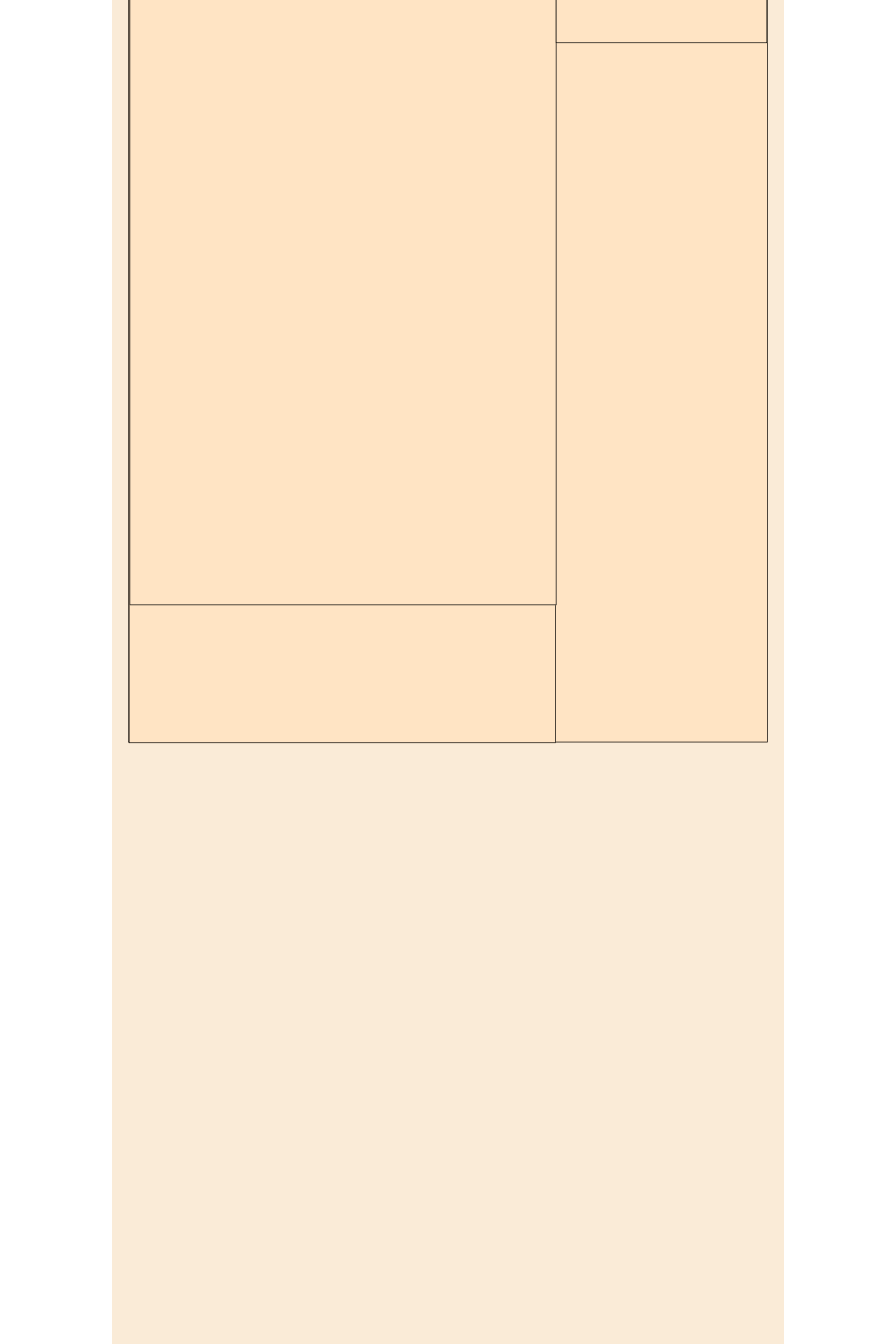
Repository: giovanabirck/cover-magazine-giovanabirck
Page: index.html
An editor plug-in stored every save of this project. The page is shown before and after a run of saves, followed by the edit.
The browser window is 1280 px wide. The pictures show the part of the page from y = 1361 to 3281 px (the page is 5000 px tall), at 70% of full size.

Above is the page before, as saved 2023-01-14 11:20:27.

After the next 2 saves:
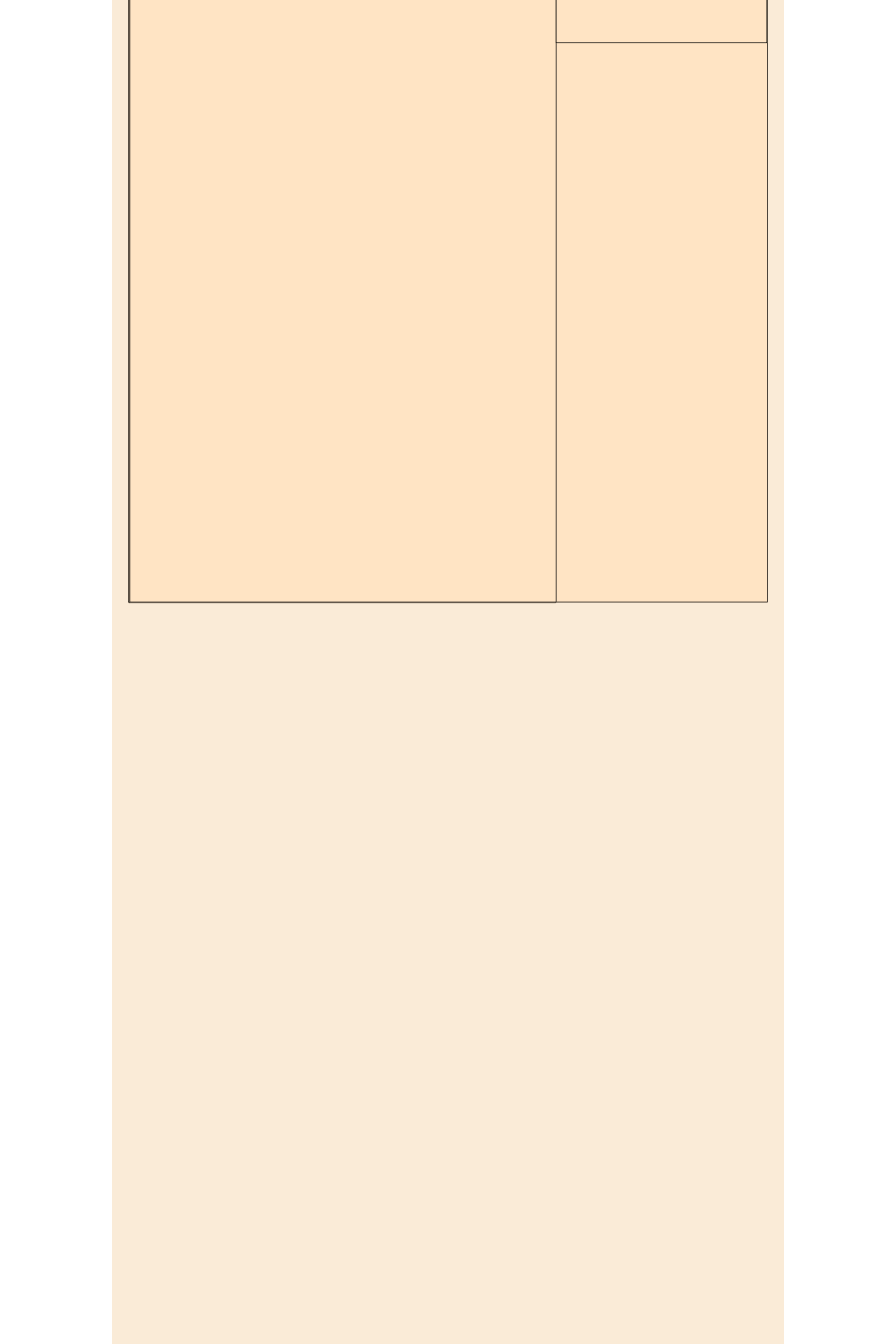
The 2 saves are shown as one change because they came seconds apart.
The last was saved 12 s later.
--- a/css/main.css
+++ b/css/main.css
@@ -385,7 +385,7 @@ textarea {
   background-color: bisque;
   border: solid 1px black;
   width: 95%;
-  height: 2000px;
+  height: 1800px;
   display: flex;
 }
 
@@ -393,7 +393,7 @@ textarea {
   background-color: bisque;
   border: solid 1px black;
   width: 67%;
-  height: 2000px;
+  height: 1800px;
   display: flex;
   flex-direction: column;
 }
